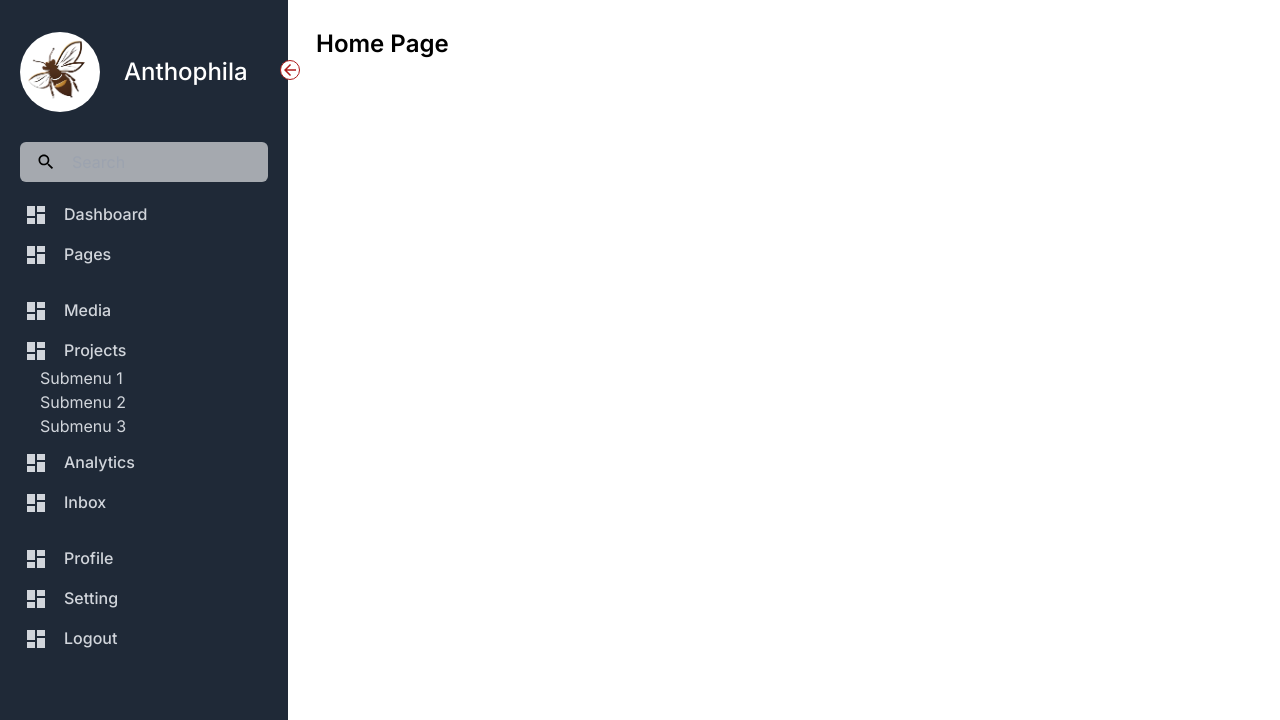
Repository: marcusdashe/anthophila
Page: /dashboard
The author's editor kept a copy of each file at every save. The page is drawn from the files as they stood at one save, then again after the next save.
The browser window is 1280 px wide. The pictures show the whole page.
The project was rebuilt for these pictures with package versions that can differ from the ones it lists, and the page was loaded fresh each time. The framework's server and built-in components were replaced by stand-ins that run in the browser. Also part of the build but not shown: next.config.js.

Above is the page before, as saved 2023-04-05 16:49:42.

### pages/_document.js
import { Html, Head, Main, NextScript } from "next/document";

export default function Document() {
  return (
    <Html lang="en">
      <Head>
        <link rel="preconnect" href="https://fonts.googleapis.com" />
        <link
          rel="preconnect"
          href="https://fonts.gstatic.com"
          crossOrigin="true"
        />
        <link
          href="https://fonts.googleapis.com/css2?family=Inter:wght@100;200;300;400;500;600&display=swap"
          rel="stylesheet"
        />
      </Head>
      <body>
        <Main />
        <NextScript />
      </body>
    </Html>
  );
}

### pages/dashboard.js
import React, { useState } from "react";
import ArrowBackIcon from "@mui/icons-material/ArrowBack";
import SearchIcon from "@mui/icons-material/Search";
import DashboardIcon from "@mui/icons-material/Dashboard";
import ArrowDropDownIcon from "@mui/icons-material/ArrowDropDown";

const Dashboard = () => {
  const [open, setOpen] = useState(true);
  const [submenuOpen, setSubmenuOpen] = useState(false);

  const Menus = [
    { title: "Dashboard" },
    { title: "Pages" },
    { title: "Media", spacing: true },
    {
      title: "Projects",
      submenu: true,
      submenuItems: [
        { title: "Submenu 1" },
        { title: "Submenu 2" },
        { title: "Submenu 3" },
      ],
    },
    { title: "Analytics" },
    { title: "Inbox" },
    { title: "Profile", spacing: true },
    { title: "Setting" },
    { title: "Logout" },
  ];

  return (
    <div className="flex">
      <div
        className={`bg-gray-800 h-screen p-5 pt-8 ${
          open ? "w-72" : "w-[125px]"
        } relative duration-300`}
      >
        <ArrowBackIcon
          fontSize="small"
          onClick={() => setOpen(!open)}
          className={`bg-white text-[#AE1B1B] text-3xl mt-5
                                rounded-full absolute -right-3 top-10
                                cursor-pointer ${
                                  !open && "rotate-180"
                                } duration-300 border border-[#AE1B1B]`}
        />
        <div className="inline-flex items-center text-white">
          <img
            src="/assets/logo.png"
            alt="logo"
            className={`object-scale-down mr-2 h-20 w-20
                        bg-white rounded-full text-2xl
                        cursor-pointer block float-left duration-500 ${
                          open && "rotate-[360deg]"
                        }`}
          />
          <h1
            className={`text-white origin-left font-medium ml-4 text-2xl duration-300 ${
              !open && "scale-0"
            }`}
          >
            Anthophila
          </h1>
        </div>
        <div
          className={`flex items-center rounded-md bg-white bg-opacity-60 mt-6 ${
            !open ? "px-2.5" : "px-4"
          } py-2`}
        >
          <SearchIcon
            onClick={() => setOpen(!open)}
            fontSize="small"
            className={`text-black  text-md block float-left cursor-left ${
              open && "mr-2"
            }`}
          />
          <input
            type={"search"}
            placeholder={"Search"}
            className={`text-base bg-transparent w-full text-white focus:outline-none pl-2 ${
              !open && "hidden"
            }`}
          />
        </div>

        <ul className=" pt-2">
          {Menus.map((menu, index) => (
            <>
              <li
                key={index}
                className={`text-gray-300
                text-small flex
                items-center gap-x-4 cursor-pointer rounded px-1
                 hover:bg-white hover:text-black duration-300
                 bg-opacity-100  ${menu.spacing ? "mt-6" : "mt-2"}`}
              >
                <span className="text-2xl block float-left">
                  <DashboardIcon />
                </span>
                <span
                  className={`text-base font-medium flex-1 duration-500 ${
                    !open && "hidden"
                  }`}
                >
                  {menu.title}
                </span>
                {menu.submenu && submenuOpen && (
                  <ArrowDropDownIcon
                    className=""
                    onClick={() => setSubmenuOpen(!open)}
                  />
                )}
              </li>
              {menu.submenu && (
                <ul>
                  {menu.submenuItems.map((submenuItem, index) => (
                    <li
                      key={index}
                      className="
                            text-gray-300
                text-small flex
                items-center gap-x-4 cursor-pointer rounded px-5
                 hover:bg-white hover:text-black duration-300
                 bg-opacity-100
                      "
                    >
                      {submenuItem.title}
                    </li>
                  ))}
                </ul>
              )}
            </>
          ))}
        </ul>
      </div>

      <div className="p-7">
        <h1 className="text-2xl font-semibold"> Home Page</h1>
      </div>
    </div>
  );
};

export default Dashboard;

### styles/globals.css
@tailwind base;
@tailwind components;
@tailwind utilities;


@layer base {
    html {

      font-family: 'Inter', sans-serif;
    }
  }

### tailwind.config.js
/** @type {import('tailwindcss').Config} */

module.exports = {
  content: [
    "./app/**/*.{js,ts,jsx,tsx}",
    "./pages/**/*.{js,ts,jsx,tsx}",
    "./components/**/*.{js,ts,jsx,tsx}",
  ],
  theme: {
    extend: {},
  },
  plugins: [],
}

Loaded but not shown: pages/_app.js (common file); pages/api/hello.js (common file)

After the next save:
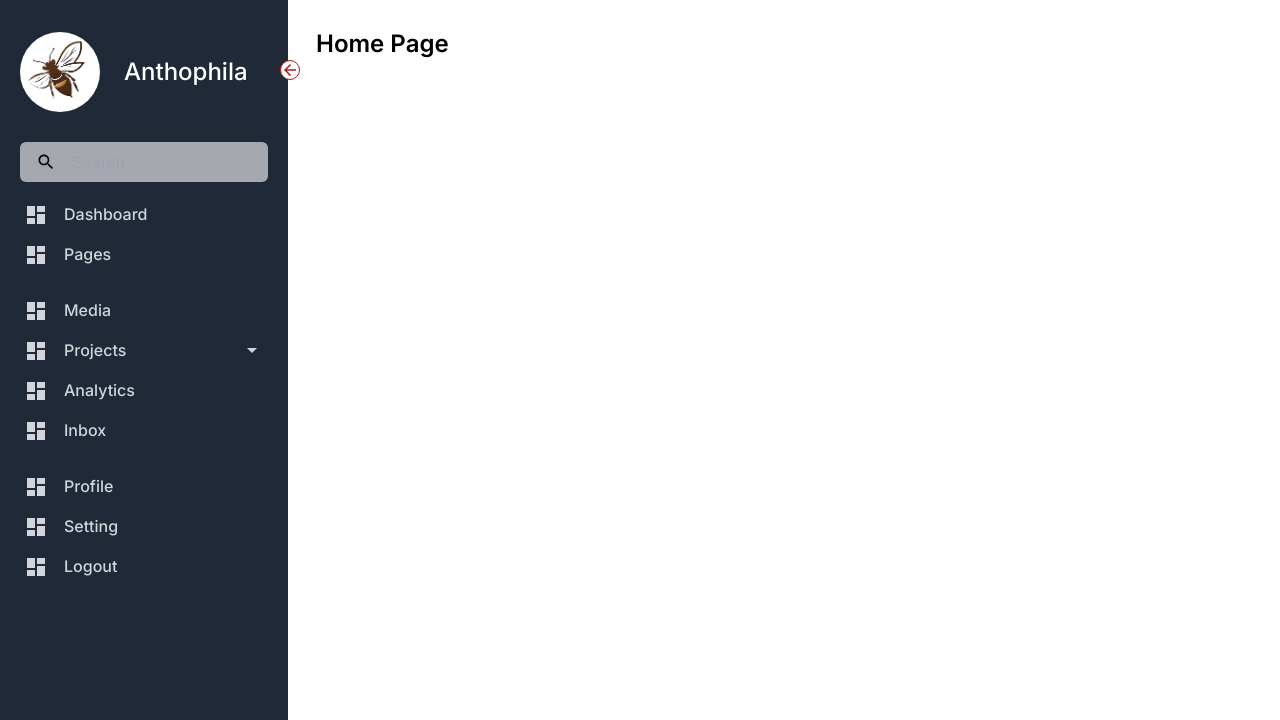
Saved 53 s later.
--- a/pages/dashboard.js
+++ b/pages/dashboard.js
@@ -104,14 +104,14 @@ const Dashboard = () => {
                 >
                   {menu.title}
                 </span>
-                {menu.submenu && submenuOpen && (
+                {menu.submenu && (
                   <ArrowDropDownIcon
                     className=""
                     onClick={() => setSubmenuOpen(!open)}
                   />
                 )}
               </li>
-              {menu.submenu && (
+              {menu.submenu && submenuOpen && (
                 <ul>
                   {menu.submenuItems.map((submenuItem, index) => (
                     <li
